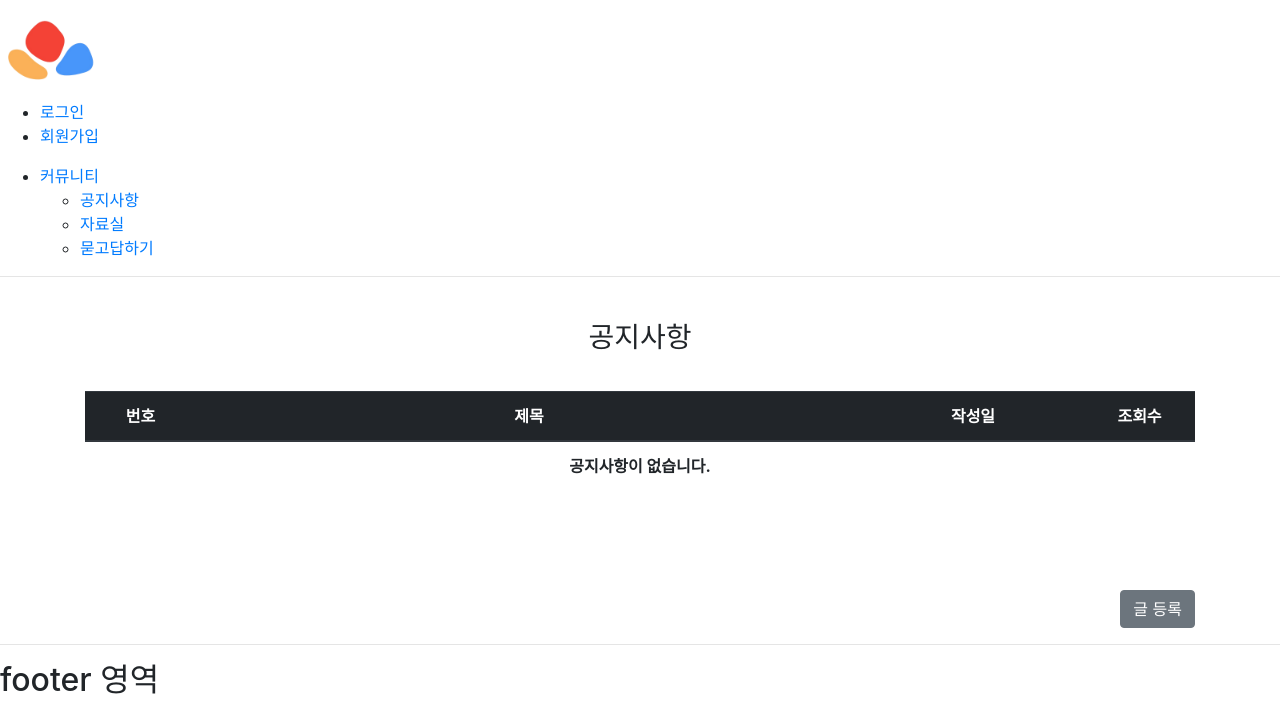
Repository: rnjsmj/pro01
Page: http://localhost/pro01/notice/noticeList.jsp
These files come from the project's save history. The page is drawn as it stood at one moment and after the next save; the edit follows.
The browser window is 1280 px wide. The pictures show the whole page.
The page is served by Tomcat 9. Nobody is signed in. The application's start-up code is not run. The template is opened directly, without the code that normally fills it, so the values that code supplies are empty.

Above is the page before, as saved 2024-04-05 07:55:15.

After the next save:
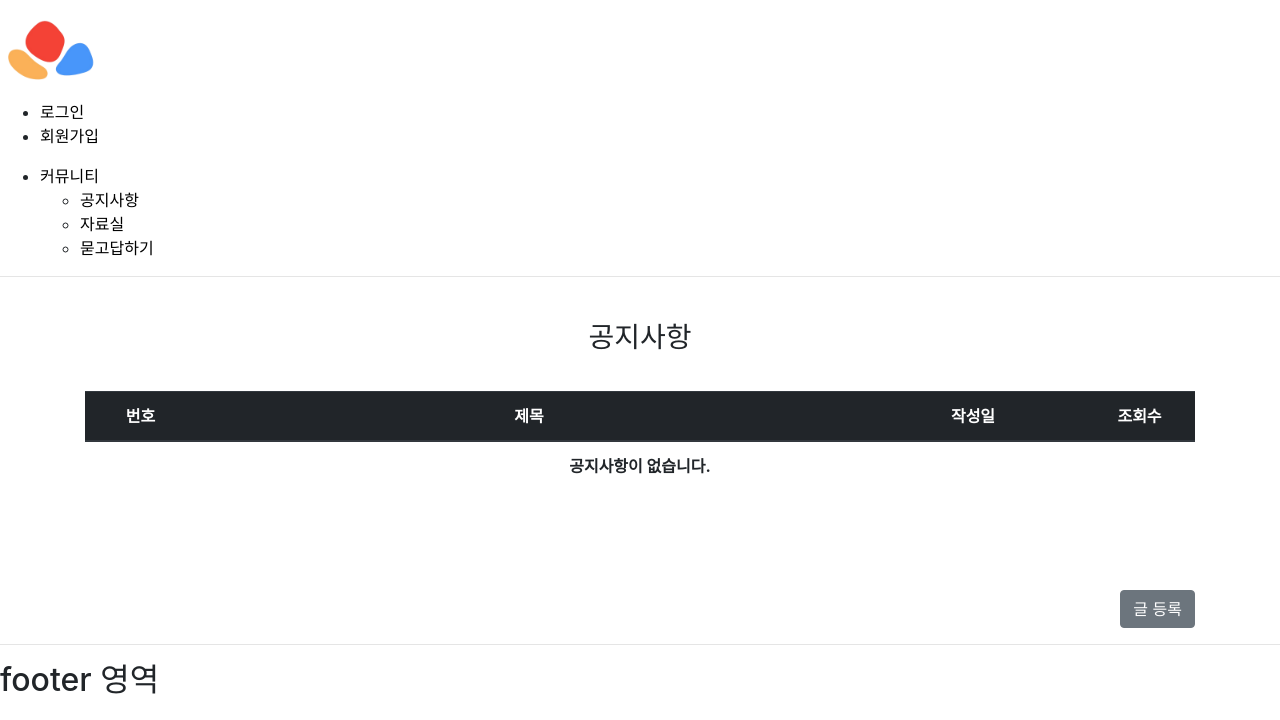
Saved 2 min 19 s later.
--- a/pro01/WebContent/notice/noticeList.jsp
+++ b/pro01/WebContent/notice/noticeList.jsp
@@ -17,6 +17,7 @@
 	.th-title{width:60%;}
 	.th-resdate{width:20%;}
 	.td-title {text-align:left;}
+	a { color:black;}
 </style>
 </head>
 <body>

After the save that followed:
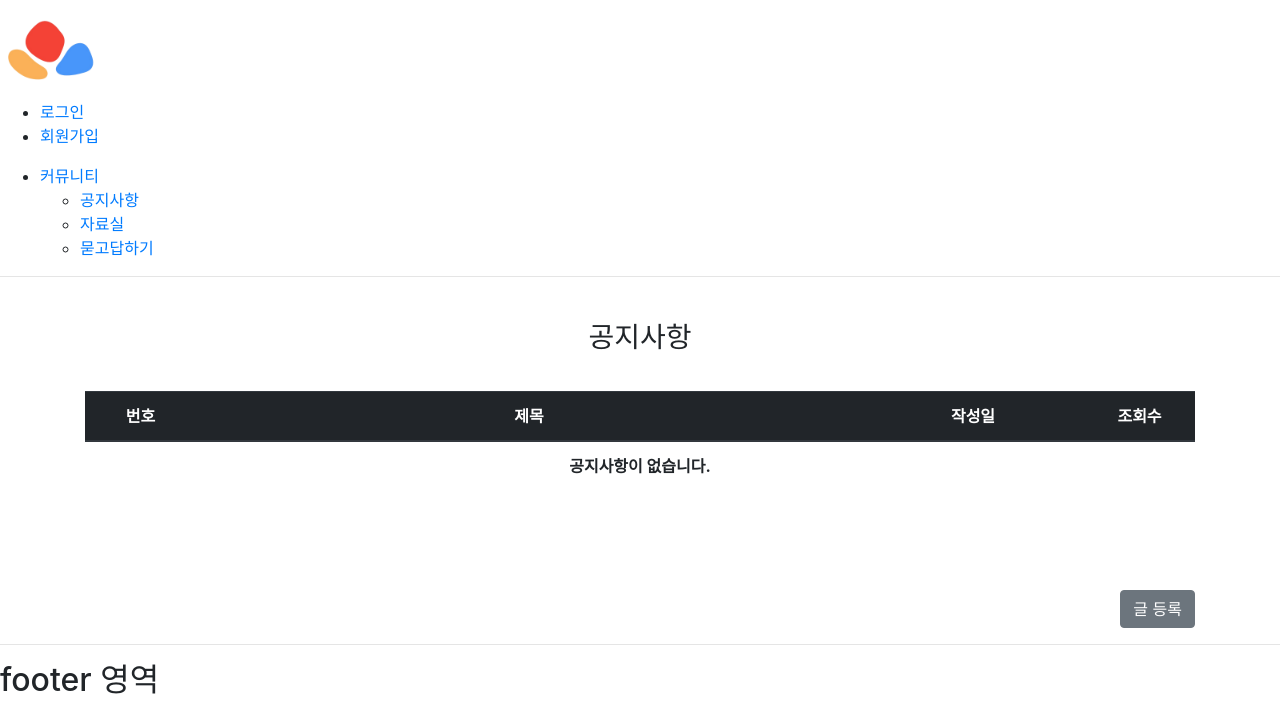
Saved 26 s later.
--- a/pro01/WebContent/notice/noticeList.jsp
+++ b/pro01/WebContent/notice/noticeList.jsp
@@ -17,7 +17,7 @@
 	.th-title{width:60%;}
 	.th-resdate{width:20%;}
 	.td-title {text-align:left;}
-	a { color:black;}
+
 </style>
 </head>
 <body>
